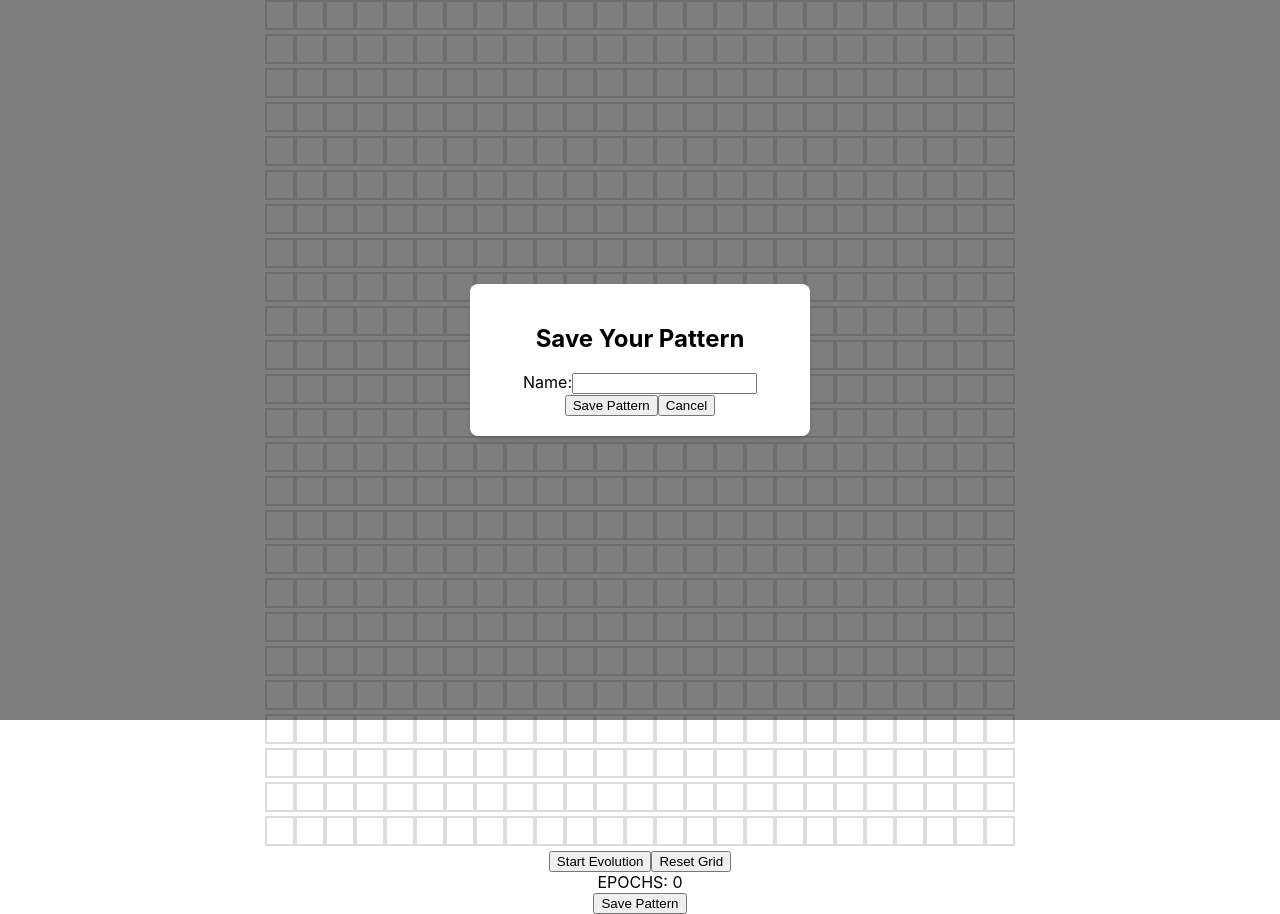
Repository: MarioDiekmann/GameOfLife
Page: /
An editor plug-in stored every save of this project. The page is shown before and after the next save, followed by the edit.
The browser window is 1280 px wide. The pictures show the whole page.
The project was rebuilt for these pictures with package versions that can differ from the ones it lists, and the page was loaded fresh each time.

Above is the page before, as saved 2024-10-21 14:53:01.

After the next save:
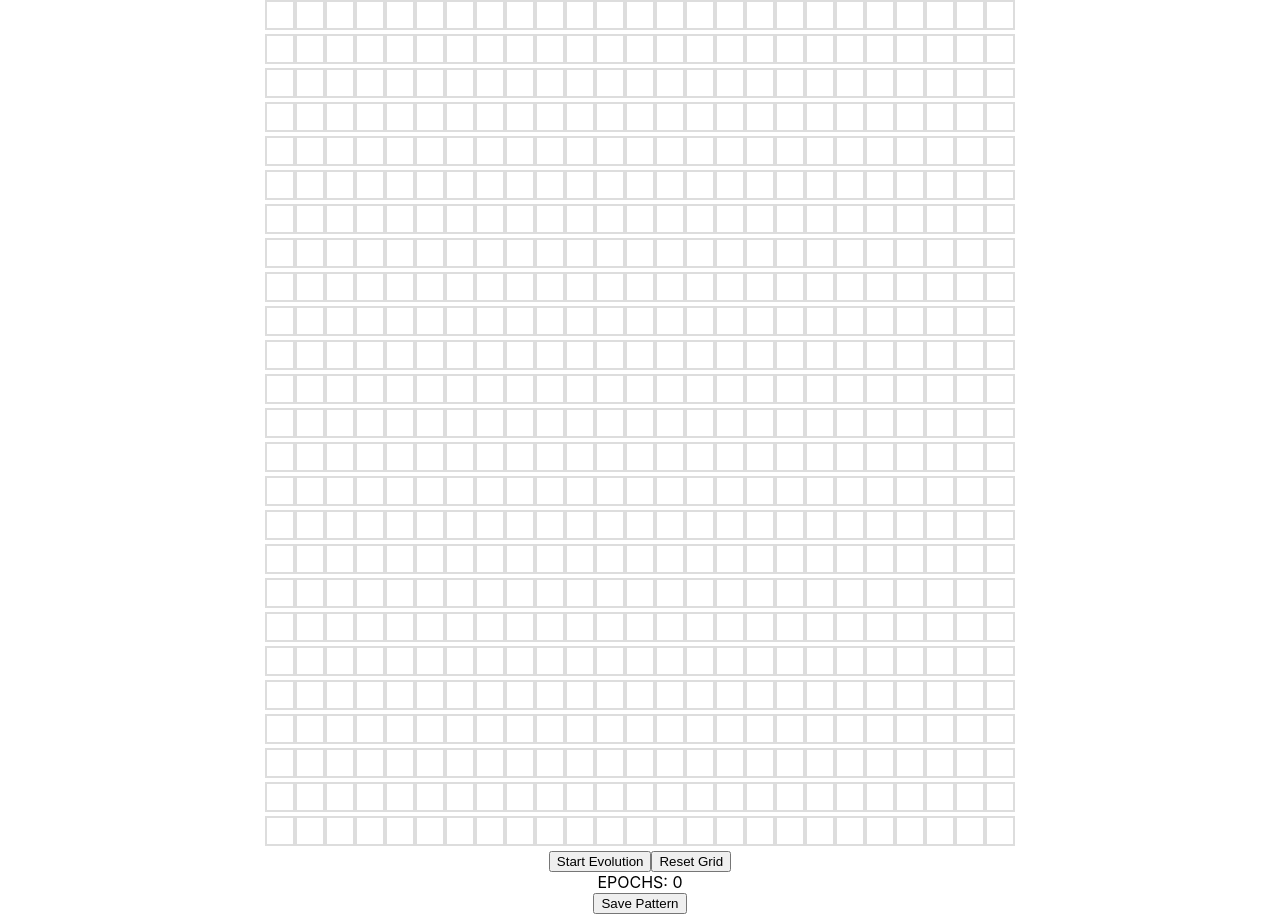
Saved 2 min 50 s later.
--- a/src/components/Game.js
+++ b/src/components/Game.js
@@ -11,7 +11,7 @@ const Game = () => {
     const [isEvolving, setIsEvolving] = useState(false);
     const [initialPattern, setInitialPattern] = useState([]);
 
-    const [isFormVisible, setIsFormVisible] = useState(true); // State to control form visibility
+    const [isFormVisible, setIsFormVisible] = useState(false); // State to control form visibility
 
     const initGrid = () => Array.from({ length: size }, () => Array(size).fill(false));
     const [grid, setGrid] = useState(initGrid());
